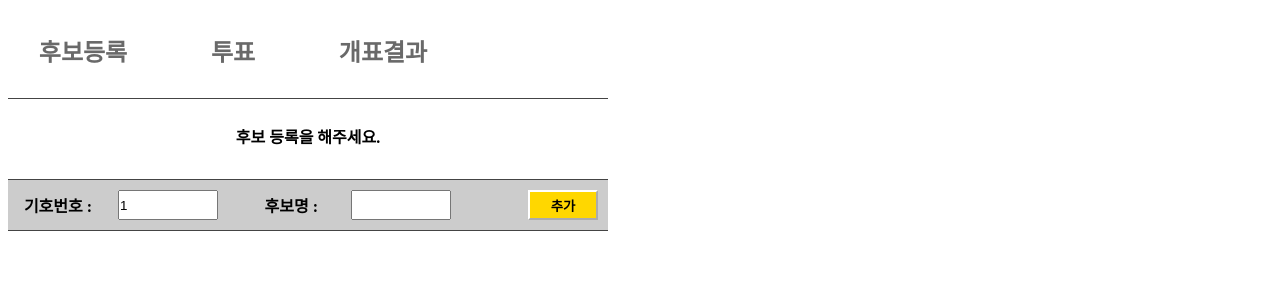
Repository: noheul1030/KOPO-HTML
Page: http://localhost/Tupyo/Tupyo/A_01.jsp
These files come from the project's save history. The page is drawn as it stood at one moment and after the next save; the edit follows.
The browser window is 1280 px wide. The pictures show the whole page.
The page is served by Tomcat 9. Queries for data that is not in the repository find no rows.

Above is the page before, as saved 2023-06-03 16:55:15.

### Tupyo/src/main/webapp/Tupyo/A_01.jsp
<meta http-equiv="Content-Type" content="text/html; charset=utf-8" />

<%@ page language="java" contentType="text/html; charset=UTF-8" %>

<%@ page import="java.util.*" %> <!--java import-->
<%@ page import="java.io.*"%> <!--java import-->
<%@ page import="java.sql.*"%> <!--java import-->

<html>
    <head>
    	<style>
    		table {
    			text-align: center;
   				border: 0;
   				solid black;
   				width: 600px;
   				border-collapse: collapse;
   				cellspacing="1"}
    		th, td {
		    border-bottom: 1px solid #444444;
		    padding: 10px;
			}
			th:first-child, td:first-child {
			  border-left: none;
			}
    		a {text-decoration-line: none;  color: #696969;}
    		h2,h4 {margin-top: 15px; text-align: center;}
    		.fourth {
			  background: gold;
			  border-color: white;
			  color: black;
			  background-image: linear-gradient(45deg, yellow 50%, transparent 50%);
			  background-position: 100%;
			  background-size: 400%;
			  transition: background 300ms ease-in-out;
			}

			.fourth:hover {
			  background-position: 0;
			}
    	</style>
    </head>
    <body>
<%
   	// DB연동
        Class.forName("com.mysql.jdbc.Driver");
		//Connection conn = DriverManager.getConnection("jdbc:mysql://192.168.23.60:3307/kopo11","root","shdmf1030@");
		Connection conn = DriverManager.getConnection("jdbc:mysql://localhost:3306/noheul","root","shdmf1030@");
        Statement stmt = conn.createStatement();
		// 테이블 생성, 이름,학번,국어,영어,수학 점수 컬럼 생성
        stmt.execute("create table IF not exists TupyoDB("
        + "name varchar(20)," // 타입 char
        + "id int not null primary key) default charset = utf8;"); // 타입 int utf8로 작성 디폴트

        // ID칼럼의 전체 count 조회
		ResultSet total = stmt.executeQuery("select count(*) from TupyoDB where id;");
		int totalcnt = 0;
		while(total.next()){
			totalcnt = total.getInt(1);
		}

		// ID 최소값은 1
		int minID = 1;

		// ID칼럼의 count가 0일때(아직 아무 값도 안들어왔다는 뜻)
		if(totalcnt == 0){
			ResultSet idcount = stmt.executeQuery("select min(id) as minNum from TupyoDB where (id+1) not in (select id from TupyoDB);");

			while(idcount.next()){
				minID = idcount.getInt(1)+1;
			}
		}else{	// ID칼럼의 count가 0이 아닐때(값이 들어있다는 뜻)
			// ID칼럼의 전체 값 조회
			ResultSet idcount2 = stmt.executeQuery("select id from TupyoDB");

			while (idcount2.next()) {
			    int currentID = idcount2.getInt("id"); // 현재 가져온 id 값
				// ID최소값과 currentID의 값이 일치하면 순서대로 있는 ID값 이므로 통과
			    if (minID == currentID) {
			    	minID++; // 다음 기대하는 id 값으로 업데이트
			    } else { // 칼럼 순회 중간에 빠진 값을 찾았으므로 break;
			        break;
			    }
			}
		}

%>
	  	<table>
    		<tr>
    			<td width = 25%><a align = center id="update" href="A_01.jsp" target="content"><h2>후보등록</h2></a></td>
    			<td width = 25%><a align = center id="vote" href="B_01_H.jsp" target="content"><h2>투표</h2></a></td>
    			<td width = 25%><a align = center id="result" href="C_01_H.jsp" target="content"><h2>개표결과</h2></a></td>
    			<td width = 25%></td>
    		</tr>
		</table>
		<form method = 'post'>
		<table>
			<tr><td colspan="5"><h4>후보 등록을 해주세요.</h4></td></tr>
			<tr>
				<td bgcolor=CCCCCC width=15% ><strong>기호번호 :</strong></td>

				<td bgcolor=CCCCCC align=left width=20% ><input type='text' name='TupyoID' value='<%=minID%>'readonly style="width: 100px; height: 30px; padding: 0px;"></td>

				<td bgcolor=CCCCCC width=15% ><strong>후보명 :</strong></td>

				<td bgcolor=CCCCCC align=left width=20% ><input type='text' pattern="^[가-힣]+$" name="name" value='' title="한글만 입력하세요." required style="width: 100px; height: 30px; padding: 0px;"></td>

				<td bgcolor=CCCCCC align=right width = 20%>
  				<input class="fourth" type="submit" value="추가" align=right style="width: 70px; height: 30px; padding: 0px;font-weight: bold;" formaction = 'A_03_H.jsp'></td>
			</tr>
		</table>
		</form>
    </body>
</html>

After the next save:
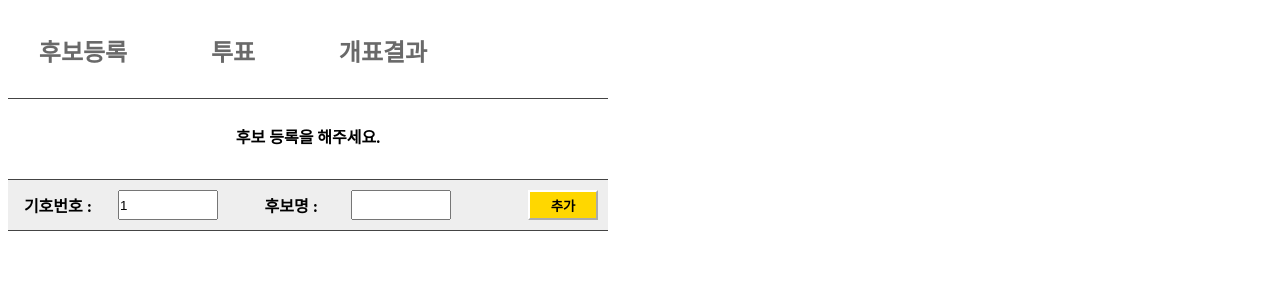
Saved 34 s later.
--- a/Tupyo/src/main/webapp/Tupyo/A_01.jsp
+++ b/Tupyo/src/main/webapp/Tupyo/A_01.jsp
@@ -97,15 +97,15 @@
 		<table>
 			<tr><td colspan="5"><h4>후보 등록을 해주세요.</h4></td></tr>
 			<tr>
-				<td bgcolor=CCCCCC width=15% ><strong>기호번호 :</strong></td>
+				<td bgcolor=EEEEEE width=15% ><strong>기호번호 :</strong></td>
 
-				<td bgcolor=CCCCCC align=left width=20% ><input type='text' name='TupyoID' value='<%=minID%>'readonly style="width: 100px; height: 30px; padding: 0px;"></td>
+				<td bgcolor=EEEEEE align=left width=20% ><input type='text' name='TupyoID' value='<%=minID%>'readonly style="width: 100px; height: 30px; padding: 0px;"></td>
 
-				<td bgcolor=CCCCCC width=15% ><strong>후보명 :</strong></td>
+				<td bgcolor=EEEEEE width=15% ><strong>후보명 :</strong></td>
 
-				<td bgcolor=CCCCCC align=left width=20% ><input type='text' pattern="^[가-힣]+$" name="name" value='' title="한글만 입력하세요." required style="width: 100px; height: 30px; padding: 0px;"></td>
+				<td bgcolor=EEEEEE align=left width=20% ><input type='text' pattern="^[가-힣]+$" name="name" value='' title="한글만 입력하세요." required style="width: 100px; height: 30px; padding: 0px;"></td>
 
-				<td bgcolor=CCCCCC align=right width = 20%>
+				<td bgcolor=EEEEEE align=right width = 20%>
   				<input class="fourth" type="submit" value="추가" align=right style="width: 70px; height: 30px; padding: 0px;font-weight: bold;" formaction = 'A_03_H.jsp'></td>
 			</tr>
 		</table>
